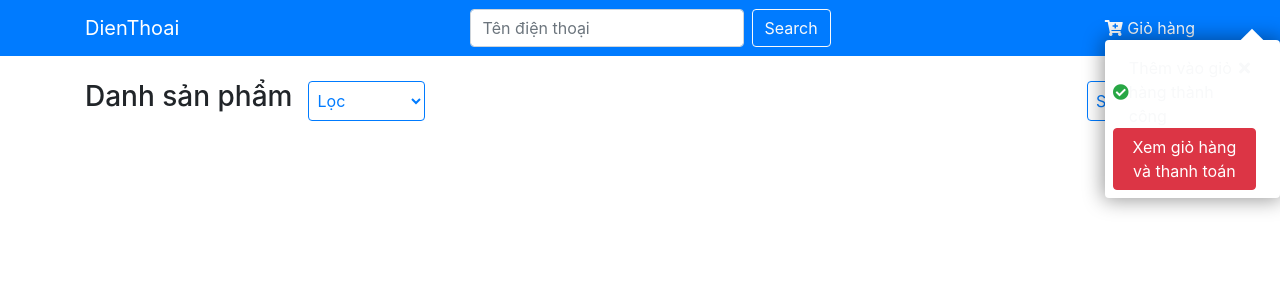
Repository: dovanthao2404/BC14_Bai_Tap_Ban_Dien_Thoai_dovanthao
Page: app/views/index.html
The author's editor kept a copy of each file at every save. The page is drawn from the files as they stood at one save, then again after a run of saves.
The browser window is 1280 px wide. The pictures show the whole page.
Some web libraries are served in a nearby version. The style sheet was rebuilt from its Sass, Less or Tailwind sources for each picture, by a compiler version that may differ from the author's.

Above is the page before, as saved 2021-08-14 16:42:56.
Console error (its wording comes from the project's code and is left out).

### app/views/index.html
<!DOCTYPE html>
<html lang="en">

<head>
  <meta charset="UTF-8">
  <meta http-equiv="X-UA-Compatible" content="IE=edge">
  <meta name="viewport" content="width=device-width, initial-scale=1.0">
  <title>Dien Thoai Xin</title>




  <!-- FONT AWESOME -->
  <link rel="stylesheet" href="https://cdnjs.cloudflare.com/ajax/libs/font-awesome/5.15.4/css/all.min.css"
    integrity="sha512-1ycn6IcaQQ40/MKBW2W4Rhis/DbILU74C1vSrLJxCq57o941Ym01SwNsOMqvEBFlcgUa6xLiPY/NS5R+E6ztJQ=="
    crossorigin="anonymous" referrerpolicy="no-referrer" />

  <!-- GOOGLE FONTS -->

  <link rel="preconnect" href="https://fonts.googleapis.com">
  <link rel="preconnect" href="https://fonts.gstatic.com" crossorigin>
  <link
    href="https://fonts.googleapis.com/css2?family=Roboto:ital,wght@0,300;0,400;0,700;1,300;1,400;1,700&display=swap"
    rel="stylesheet">

  <!-- B4 -->
  <link rel="stylesheet" href="https://cdn.jsdelivr.net/npm/bootstrap@4.6.0/dist/css/bootstrap.min.css"
    integrity="sha384-B0vP5xmATw1+K9KRQjQERJvTumQW0nPEzvF6L/Z6nronJ3oUOFUFpCjEUQouq2+l" crossorigin="anonymous">

  <!-- MAIN CSS -->
  <link rel="stylesheet" href="../../assets/css/main.css">
</head>

<body>
  <header class="fixed-top">
    <nav class="navbar navbar-dark bg-primary">
      <div class="container">

        <a href="#" class="navbar-brand">
          DienThoai
        </a>
        <form class="form-inline my-2 my-lg-0">
          <input id="valueSearch" class="form-control mr-sm-2" type="search" placeholder="Tên điện thoại"
            aria-label="Search">
          <button id="btnSearch" class="btn btn-outline-light my-2 my-sm-0" type="button">Search</button>
        </form>
        <div class="phone-cart">
          <a href="cart.html" class="text-light position-relative">
            <i class="fa fa-cart-plus"></i> Giỏ hàng


            <div class="notifiSuccess pb-2 pt-3 pl-2 pr-4 bg-white rounded">
              <i class="fa fa-times icon-close"></i>
              <div class="d-flex align-items-center">
                <i class="fa fa-check-circle text-success"></i>
                <p class="m-0">Thêm vào giỏ hàng thành công</p>
              </div>
              <a href="cart.html" class="btn btn-danger w-100 d-block">Xem giỏ hàng và thanh toán</a>

            </div>
          </a>

        </div>
      </div>
    </nav>

  </header>

  <section class="phone-product">
    <div class="container">
      <div id="listAll-type">
        <div class="phone-title">
          <div class="d-flex justify-content-between align-items-center my-3">
            <div class="d-flex align-items-center">
              <h3 class="mr-3">
                Danh sản phẩm
              </h3>
              <div>
                <select class="phone-select" name="" id="phoneType">
                  <option value="">Lọc</option>
                  <option value="Samsung">Samsung</option>
                  <option value="Iphone">Iphone</option>
                </select>

              </div>
            </div>
            <div class="sort-name">
              <select class="phone-select" name="" id="sortPhone">
                <option value="">Sắp xếp</option>
                <option value="a">A - Z</option>
                <option value="z">Z - A</option>
              </select>
            </div>
          </div>
        </div>
        <div class="phone-list">
          <div class="row" id="listPhoneView">

          </div>
        </div>
      </div>
    </div>
    </div>
  </section>


  <!-- B4 -->
  <script src="https://code.jquery.com/jquery-3.5.1.slim.min.js"
    integrity="sha384-DfXdz2htPH0lsSSs5nCTpuj/zy4C+OGpamoFVy38MVBnE+IbbVYUew+OrCXaRkfj"
    crossorigin="anonymous"></script>
  <script src="https://cdn.jsdelivr.net/npm/bootstrap@4.6.0/dist/js/bootstrap.bundle.min.js"
    integrity="sha384-Piv4xVNRyMGpqkS2by6br4gNJ7DXjqk09RmUpJ8jgGtD7zP9yug3goQfGII0yAns"
    crossorigin="anonymous"></script>


  <!-- AXIOS -->
  <script src="https://cdnjs.cloudflare.com/ajax/libs/axios/0.21.1/axios.min.js"
    integrity="sha512-bZS47S7sPOxkjU/4Bt0zrhEtWx0y0CRkhEp8IckzK+ltifIIE9EMIMTuT/mEzoIMewUINruDBIR/jJnbguonqQ=="
    crossorigin="anonymous" referrerpolicy="no-referrer"></script>

  <script type="module" src="./../controllers/main.js"></script>
</body>

</html>

### app/controllers/main.js
import Phone from "./../models/Phone.js"
import ListPhone from "./../models/ListPhone.js"


var listProductInCart = JSON.parse(localStorage.getItem("listProductInCart")) || [];



let getEle = (id) => {
  return document.getElementById(id)
}

let listPhone = new ListPhone();


let renderView = (arr) => {
  let html = ""
  arr.forEach((phone) => {
    html += `
    <div class="col-3 mb-3">
    <div class="card overflow-hidden h-100">
      <img
        src="${phone.img}"
        alt="" class="card-img-top">
      <div class="card-body">
        <h4 class=card-title>
        ${phone.name}
        </h4>
        <p class="card-text">${phone.desc}</p>
        </div>
        <div class="card-footer">
        <a data-action="add"  data-phone=${phone.id} class="btn btn-primary w-100">Cart</a>
        </div>
    </div>
  </div>
    `
  })
  getEle("listPhoneView").innerHTML = html

}

let fetchData = () => {
  listPhone
    .getListPhoneApi()
    .then((resp) => {
      renderView(resp.data)
    })
    .catch((err) => {
      console.log(err)
    })
}

fetchData()

let filterType = (phoneType, type) => {
  return listPhone
    .getListPhoneApi()
    .then((resp) => {
      let data = resp.data;
      data.forEach((phone) => {
        if (phone.type === type) {
          phoneType.push(phone);
        }
      })
      renderView(phoneType)
      return phoneType;
    })
    .catch((err) => {
      console.log(err)
    })
}

let sortPhone = (arr, valueSort) => {
  for (let i = 0; i < arr.length; i++) {
    for (let j = i; j < arr.length; j++) {
      if (valueSort === 1) {
        if (arr[i].name < arr[j].name) {
          let temp = arr[i];
          arr[i] = arr[j]
          arr[j] = temp;
        }
      } else {
        if (arr[i].name > arr[j].name) {
          let temp = arr[i];
          arr[i] = arr[j]
          arr[j] = temp;
        }
      }
    }
  }
  renderView(arr)
}


let delegationSelect = () => {
  let phoneType = [];
  let type = getEle("phoneType").value;
  let dataSort = getEle("sortPhone").value;

  if (type && dataSort) {

    if (dataSort === "a") {
      filterType(phoneType, type)
        .then((phoneType) => {
          sortPhone(phoneType, 1);
        })
    } else {
      filterType(phoneType, type)
        .then((phoneType) => {
          sortPhone(phoneType, 0);
        })
    }

  } else if (type && !dataSort) {

    filterType(phoneType, type);

  } else if (!type && dataSort) {

    if (dataSort === "a") {
      listPhone.getListPhoneApi()
        .then((resp) => {
          sortPhone(resp.data, 1);
        })
        .catch((err) => {
          console.log(err);
        })
    } else {
      listPhone.getListPhoneApi()
        .then((resp) => {
          sortPhone(resp.data, 0);
        })
        .catch((err) => {
          console.log(err);
        })
    }

  } else {
    fetchData()
  }
}

getEle("phoneType").addEventListener("change", delegationSelect)
getEle("sortPhone").addEventListener("change", delegationSelect)

const handleSearch = () => {
  let nameSort = getEle("valueSearch").value;
  nameSort = nameSort.toLowerCase().trim();
  listPhone.getListPhoneApi()
    .then((resp) => {
      let listPhone = resp.data;
      let listPhoneSearch = listPhone.filter((phone) => {
        return phone.name.toLowerCase().includes(nameSort);
      })
      renderView(listPhoneSearch);
    })
    .catch((err) => {
      console.log(err)
    })

}

getEle("btnSearch").addEventListener("click", handleSearch);




const delegationListPhoneView = (e) => {
  if (e.target.getAttribute("data-action") === "add") {
    let id = e.target.getAttribute("data-phone");

    listPhone.getPhoneById(id)
      .then((resp) => {
        let count = 0;
        for (let i = 0; i < listProductInCart.length; i++) {

          if (listProductInCart[i].id === id) {
            listProductInCart[i].quantity += 1;
            localStorage.setItem("listProductInCart", JSON.stringify(listProductInCart));
            count++;
          }

        }

        if (count === 0) {
          let phone = { ...resp.data }
          phone.quantity = 1;
          listProductInCart.push(phone);
          localStorage.setItem("listProductInCart", JSON.stringify(listProductInCart));

        }
      })
      .catch((err) => {
        console.log(err)
      })


  }
}


getEle("listPhoneView").addEventListener("click", delegationListPhoneView)

### app/models/Phone.js
class Phone {
  constructor({
    name,
    price,
    screen,
    backCamera,
    frontCamera,
    img,
    desc,
    type
  },) {
    this.name = name;
    this.price = price;
    this.screen = screen;
    this.backCamera = backCamera;
    this.frontCamera = frontCamera;
    this.img = img;
    this.desc = desc;
    this.type = type;
  }

}

### app/models/ListPhone.js
export default class ListPhone {
  getListPhoneApi() {
    return axios({
      url: "https://6113ecdacba40600170c1d10.mockapi.io/api/phone",
      method: "GET",
    });
  }

  getPhoneById(id) {
    return axios({
      url: `https://6113ecdacba40600170c1d10.mockapi.io/api/phone/${id}`,
      method: "GET",
    });
  }

}

//  MỚi ăn xong

### assets/scss/main.scss
.phone-product {
  margin-top: 80px;
}
.phone-select {
  padding: 8px 20px 8px 4px;
  border-color: #007bff;
  color: #007bff;
  border-radius: 4px;
  background: transparent;
  outline: none;
  cursor: pointer;
  transition: all 0.5s;
  &:hover {
    background-color: #007bff;
    color: white;
  }
  option {
    display: block;
    background-color: white;
    color: #000;
  }
}
.notifiSuccess {
  position: absolute;
  box-shadow: 0 0 20px 2px rgba(0, 0, 0, 0.4);
  &:before {
    content: "";
    position: absolute;
    display: block;
    width: 16px;
    height: 16px;
    background-color: #fff;
    transform: rotate(45deg);
    top: -8px;
    right: 20px;
  }

  .icon-close {
    position: absolute;
    right: 6px;
    top: 4px;
    cursor: pointer;
  }
}

After the next 2 saves:
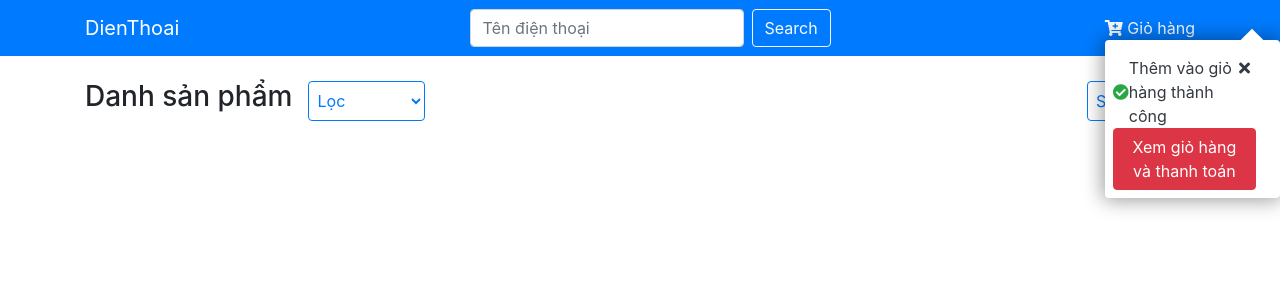
The 2 saves are shown as one change because they came seconds apart.
The last was saved 66 s later.
--- a/app/views/index.html
+++ b/app/views/index.html
@@ -50,10 +50,10 @@
 
 
             <div class="notifiSuccess pb-2 pt-3 pl-2 pr-4 bg-white rounded">
-              <i class="fa fa-times icon-close"></i>
+              <i class="fa fa-times icon-close text-dark"></i>
               <div class="d-flex align-items-center">
                 <i class="fa fa-check-circle text-success"></i>
-                <p class="m-0">Thêm vào giỏ hàng thành công</p>
+                <p class="text-dark m-0">Thêm vào giỏ hàng thành công</p>
               </div>
               <a href="cart.html" class="btn btn-danger w-100 d-block">Xem giỏ hàng và thanh toán</a>
 
